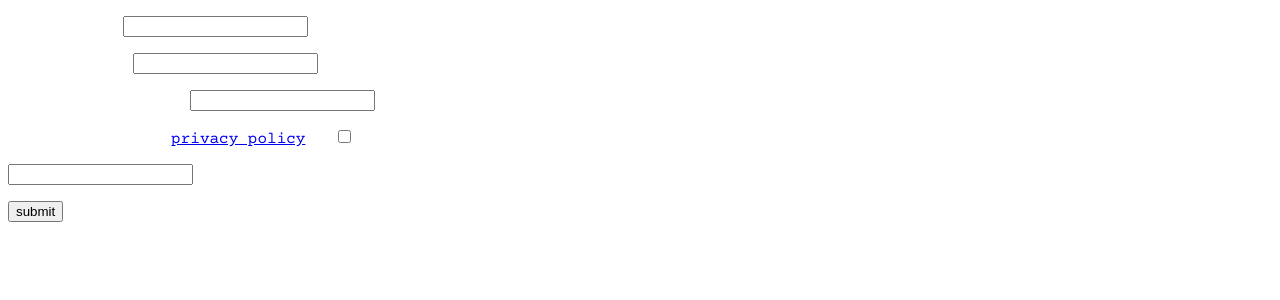
Repository: Rachael4life/Assignment-1
Page: starter-code/src/index.html
These files come from the project's save history. The page is drawn as it stood at one moment and after the next save; the edit follows.
The browser window is 1280 px wide. The pictures show the whole page.

Above is the page before, as saved 2022-02-25 13:15:39.

### starter-code/src/index.html
<!DOCTYPE html>
<html lang="en">
<head>
    <meta charset="UTF-8">
    <meta http-equiv="X-UA-Compatible" content="IE=edge">
    <meta name="viewport" content="width=device-width, initial-scale=1.0">
    <link rel="stylesheet" href="style.css">
    <link rel="preconnect" href="https://fonts.googleapis.com">
<link rel="preconnect" href="https://fonts.gstatic.com" crossorigin>
    <link href="https://fonts.googleapis.com/css2?family=Courier+Prime&display=swap" rel="stylesheet">
    <title>Assignment 1</title>
</head>
<body>
    <div id="ramyeon">
        <form class="kimchi">
            <div> <p></p>
                <label for="name">Your Name *</label>
                <input type="text" name="name" id="name" placeholder="">
            </div>
            <div> <p></p>
                <label for="email">Your Email *</label>
                <input type="text" name="email" id="email" placeholder="">
            </div>
            <div> <p></p>
                <label for="number">Activation Token *</label>
                <input type="number" name="activation token" id="name" placeholder="">
            </div>
            <div><p></p>
                You agree to the <a href="privacy policy">privacy policy</a> * <input type="checkbox">
            </div>
            <div><p></p>
                <input type="text">
            </div>
            <div><p></p>
                <button type="button">submit</button>
            </div>
        </form>
    </div>
</body>
</html>

### starter-code/src/style.css
body {
    color: white;
    font-family: 'Courier Prime', monospace;
}
form {
    background-color: ;
}

After the next save:
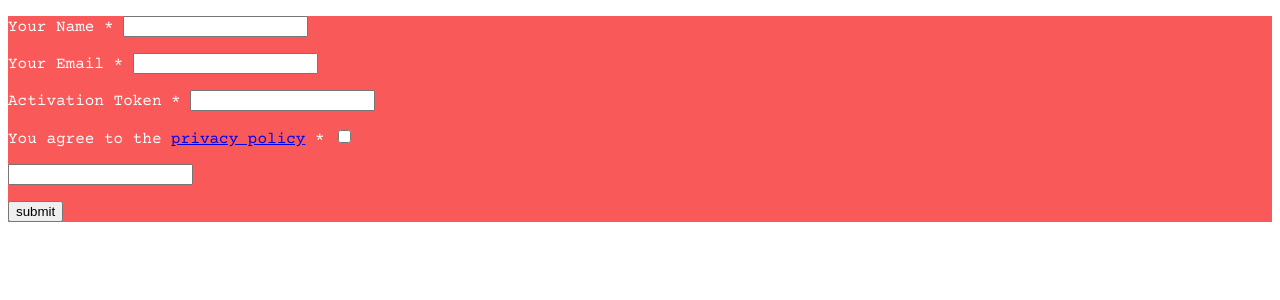
Saved 21 s later.
--- a/starter-code/src/style.css
+++ b/starter-code/src/style.css
@@ -3,5 +3,5 @@ body {
     font-family: 'Courier Prime', monospace;
 }
 form {
-    background-color: ;
+    background-color: #fa5959;
 }
